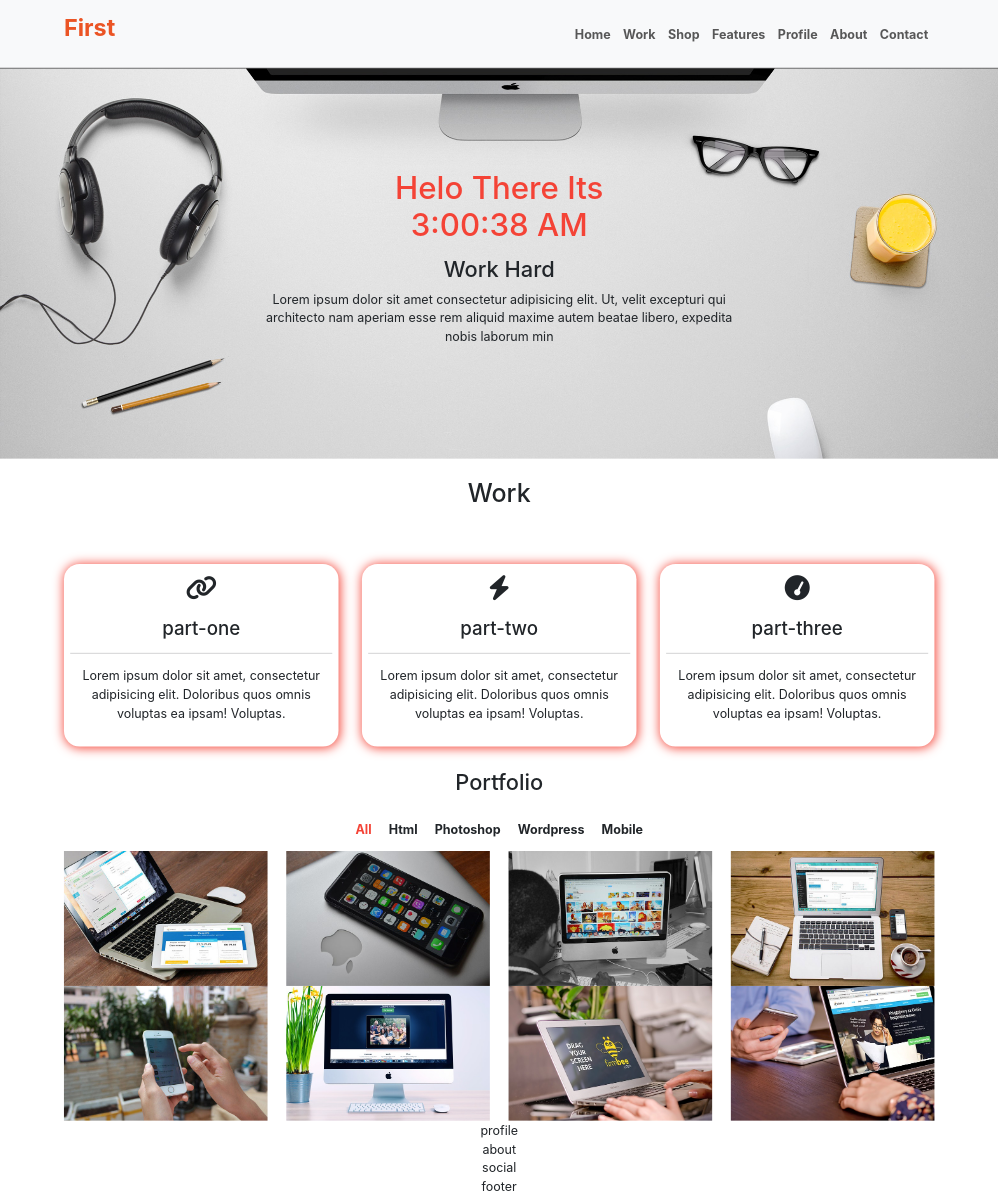
Repository: Hager-h/temple
Page: /
The author's editor kept a copy of each file at every save. The page is drawn from the files as they stood at one save, then again after the next save.
The browser window is 1280 px wide. The pictures show the whole page, at 78% of full size.
The project was rebuilt for these pictures with package versions that can differ from the ones it lists, and the page was loaded fresh each time. Also part of the build but not shown: src/components/contact/index.js, src/components/Shop/shop.css, src/components/Shop/Shop.js, src/components/card/card.css, src/components/card/Card.js.

Above is the page before, as saved 2023-07-17 05:25:08.

After the next save:
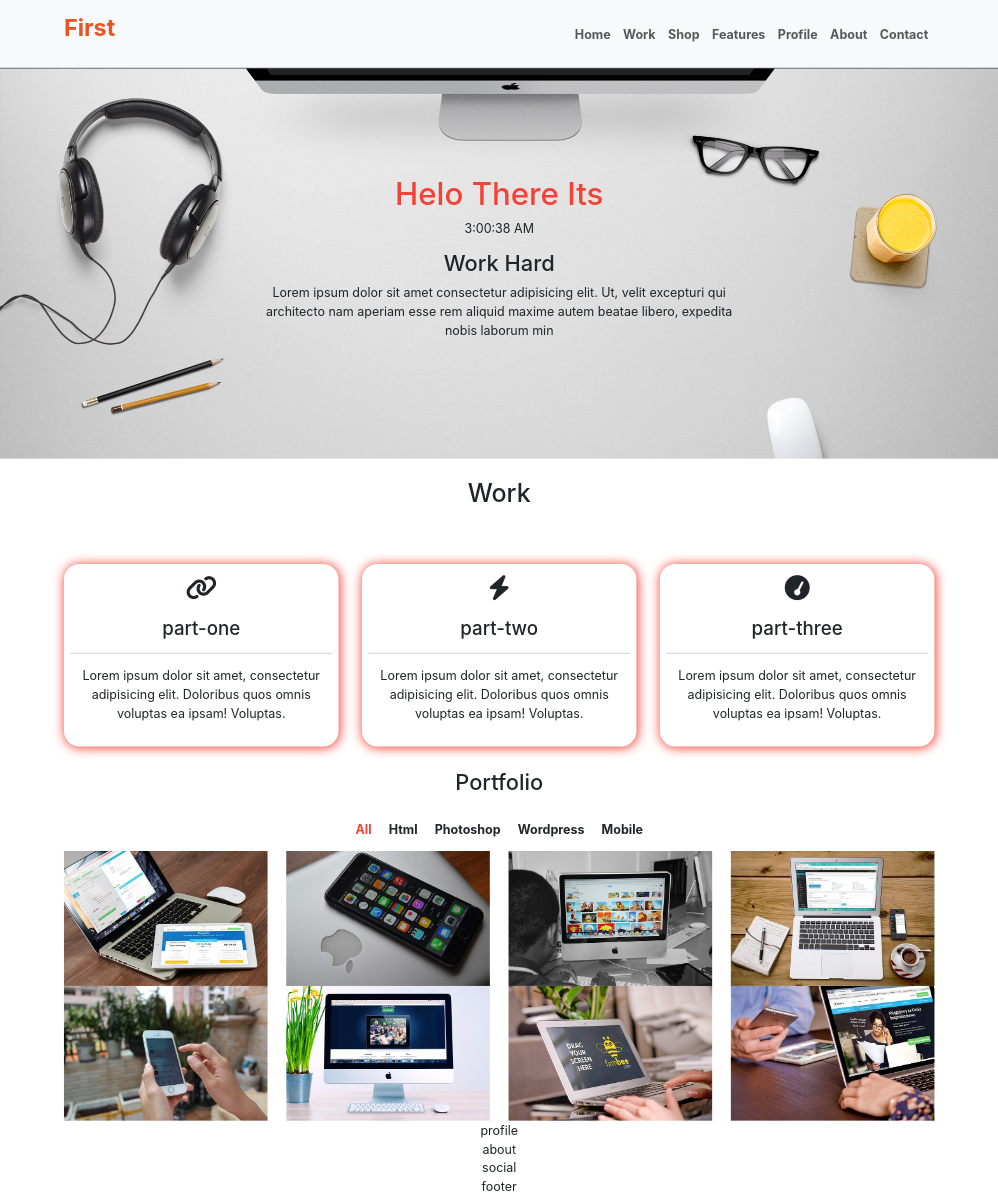
Saved 84 s later.
--- a/src/components/landing/landing.js
+++ b/src/components/landing/landing.js
@@ -13,7 +13,9 @@ export default function Landing() {
     <div className='containerr'>
     <div className='text-landing'>
 
-            <h1>helo there its <p> { time}</p></h1>
+    <h1>helo there its
+    </h1>
+              <p> {time}</p>
 <h3>work hard </h3>
 <p>Lorem ipsum dolor sit amet consectetur adipisicing elit. Ut, velit excepturi qui architecto nam aperiam esse rem aliquid maxime autem beatae libero, expedita nobis laborum min</p>
 
